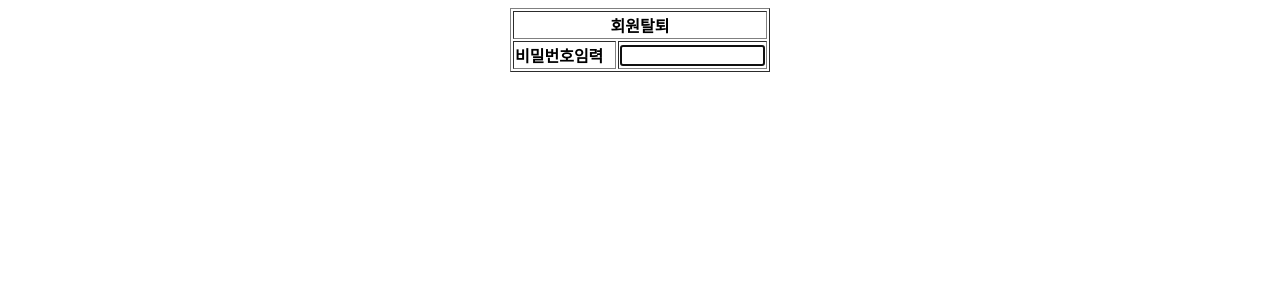
Repository: noopzzya/study_jsp_globalin
Page: http://localhost/ServletProject/memberone/deleteForm.jsp
An editor plug-in stored every save of this project. The page is shown before and after the next save, followed by the edit.
The browser window is 1280 px wide. The pictures show the whole page.
The page is served by Tomcat 9.

Above is the page before, as saved 2023-02-07 04:56:28.

After the next save:
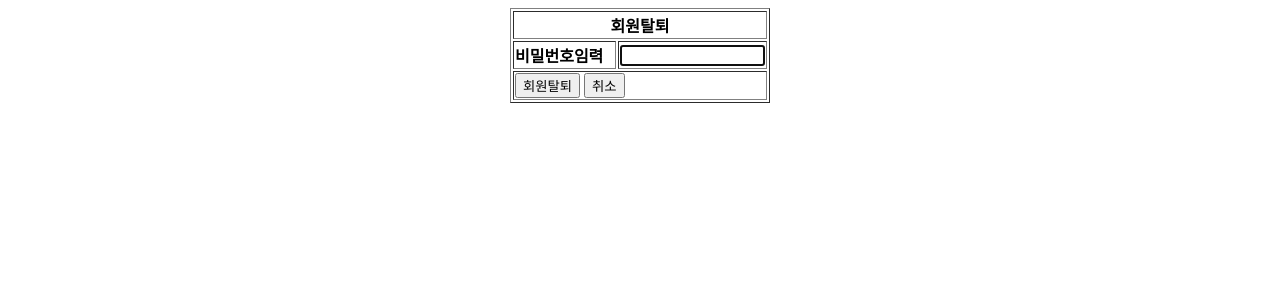
Saved 3 min 8 s later.
--- a/ServletProject/src/main/webapp/memberone/deleteForm.jsp
+++ b/ServletProject/src/main/webapp/memberone/deleteForm.jsp
@@ -41,6 +41,13 @@ function checkIt() {
 		</td>
 	</tr>
 
+	<tr>
+		<td colspan="2">
+			<input type="submit" value="회원탈퇴">
+			<input type="button" value="취소" onclick="javascript:window.location='login.jsp'">
+		</td>
+	</tr>
+
 
 </table>
 
